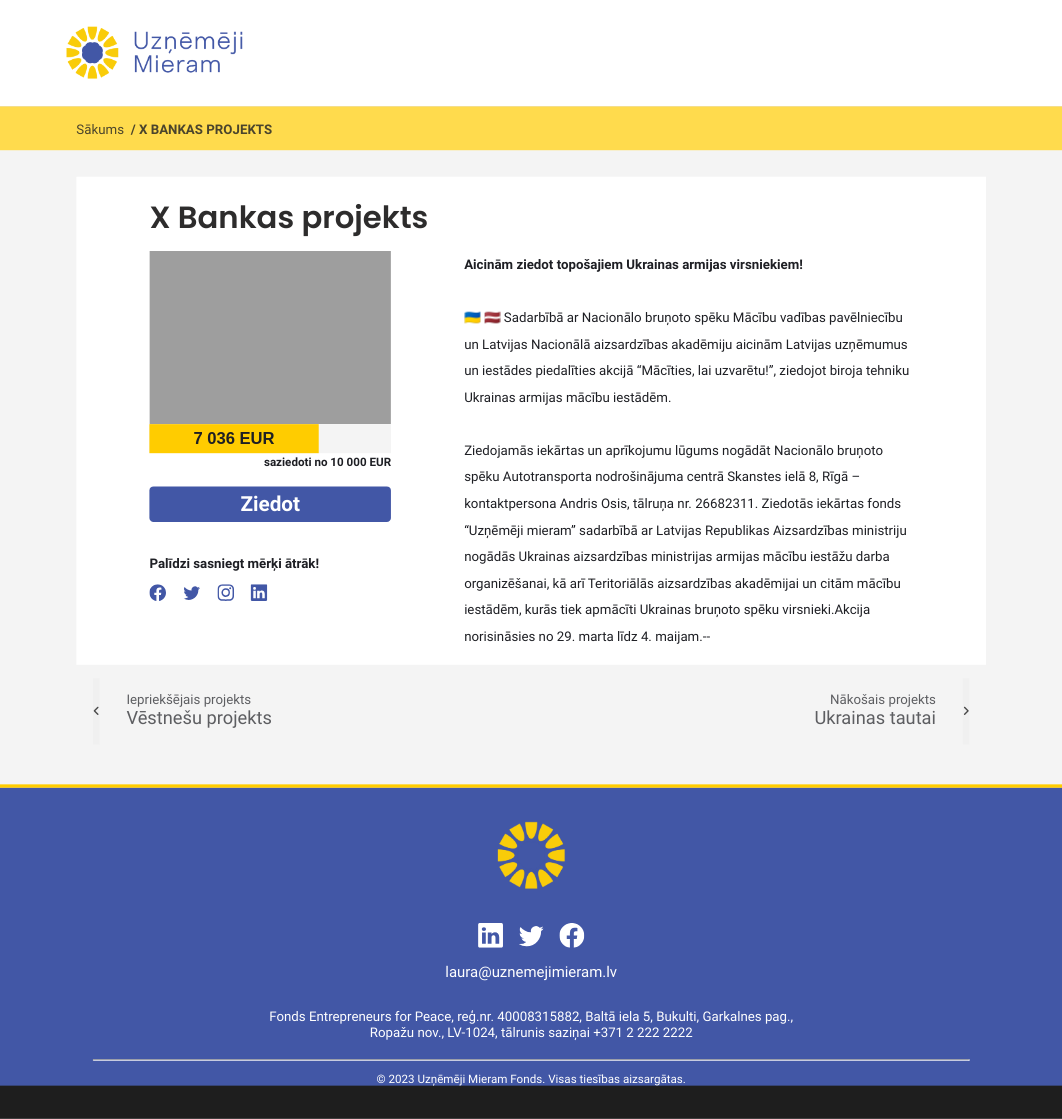
Repository: KatrinaPa/projekts11
Page: projekts-xbank.html
The author's editor kept a copy of each file at every save. The page is drawn from the files as they stood at one save, then again after the next save.
The browser window is 1280 px wide. The pictures show the whole page, at 83% of full size.
Pictures or frames that could not be fetched are drawn as grey boxes.

Above is the page before, as saved 2023-05-30 23:57:16.
Console error: TypeError: Cannot read properties of null (reading 'children')

After the next save:
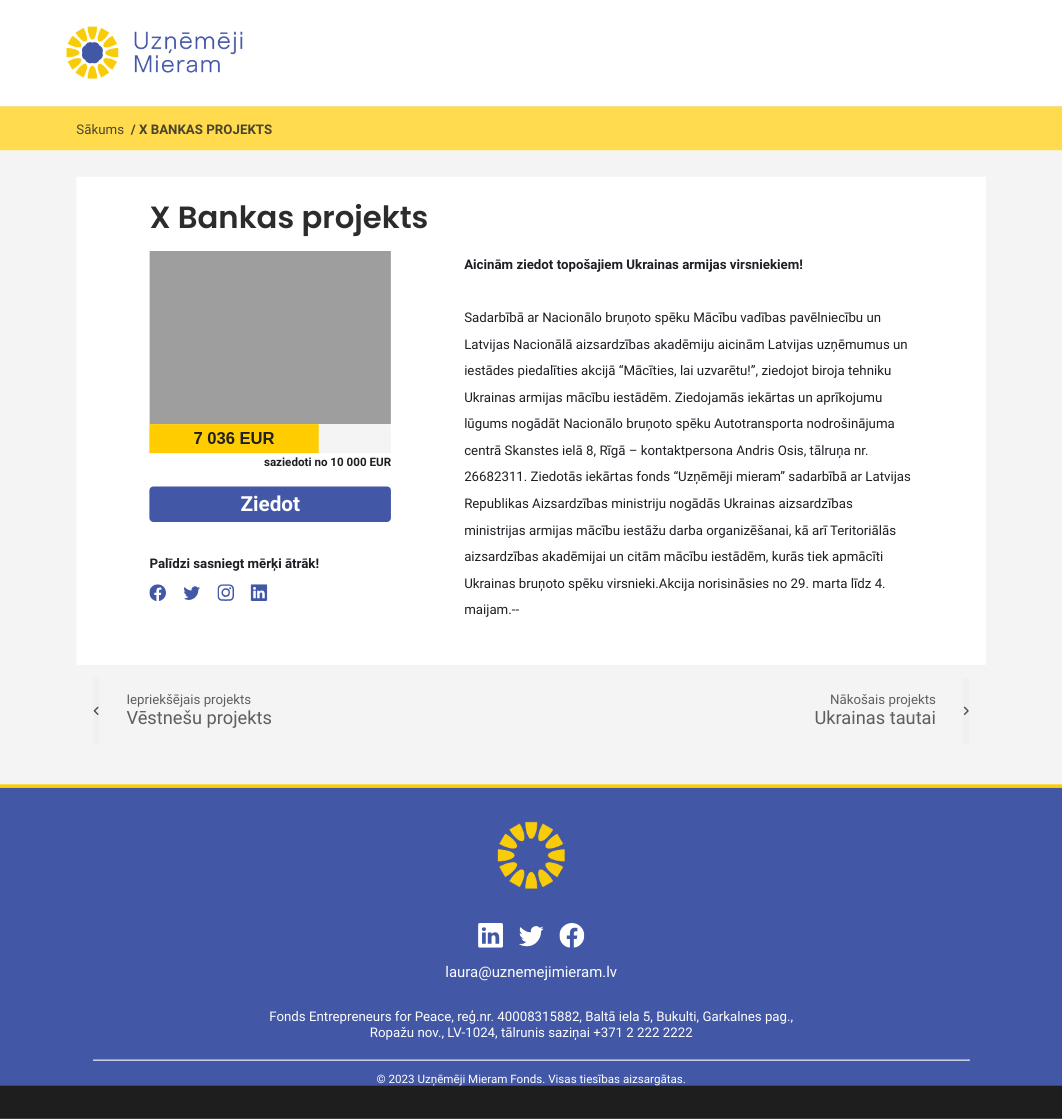
Saved 32 s later.
--- a/projekts-xbank.html
+++ b/projekts-xbank.html
@@ -92,14 +92,13 @@
                             </button>
                             <p><strong>Aicinām ziedot topošajiem Ukrainas armijas virsniekiem!</strong>
                                 <br><br>
-                                🇺🇦 🇱🇻 Sadarbībā ar Nacionālo bruņoto spēku Mācību vadības
+                                Sadarbībā ar Nacionālo bruņoto spēku Mācību vadības
                                 pavēlniecību un Latvijas Nacionālā aizsardzības akadēmiju aicinām
                                 Latvijas
                                 uzņēmumus un iestādes piedalīties akcijā “Mācīties, lai uzvarētu!”,
                                 ziedojot
-                                biroja tehniku Ukrainas armijas mācību iestādēm. <br><br>
-
-                                Ziedojamās iekārtas un aprīkojumu lūgums nogādāt Nacionālo bruņoto spēku
+                                biroja tehniku Ukrainas armijas mācību iestādēm. Ziedojamās iekārtas un aprīkojumu
+                                lūgums nogādāt Nacionālo bruņoto spēku
                                 Autotransporta nodrošinājuma centrā Skanstes ielā 8, Rīgā –
                                 kontaktpersona
                                 Andris Osis, tālruņa nr. 26682311. Ziedotās iekārtas fonds
